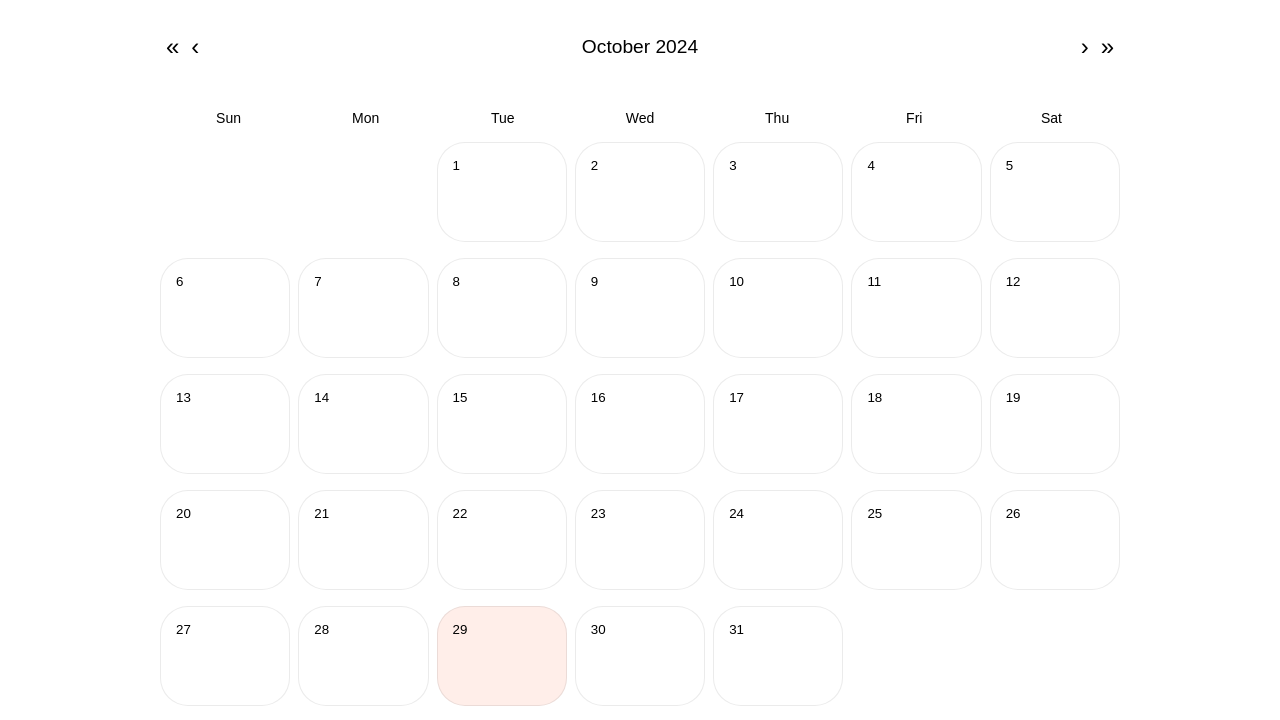
Repository: prgrms-fe-devcourse/NFE1-1-3-MOODI
Page: /
An editor plug-in stored every save of this project. The page is shown before and after the next save, followed by the edit.
The browser window is 1280 px wide. The pictures show the whole page.
The page's requests for data from a server got no answer. Some web fonts or font styles are not loaded; a fallback is used. The project was rebuilt for these pictures with package versions that can differ from the ones it lists, and the page was loaded fresh each time. No one was signed in, and anything a server would have sent is missing. Also part of the build but not shown: webpack.config.js.

Above is the page before, as saved 2024-10-29 14:42:20.

After the next save:
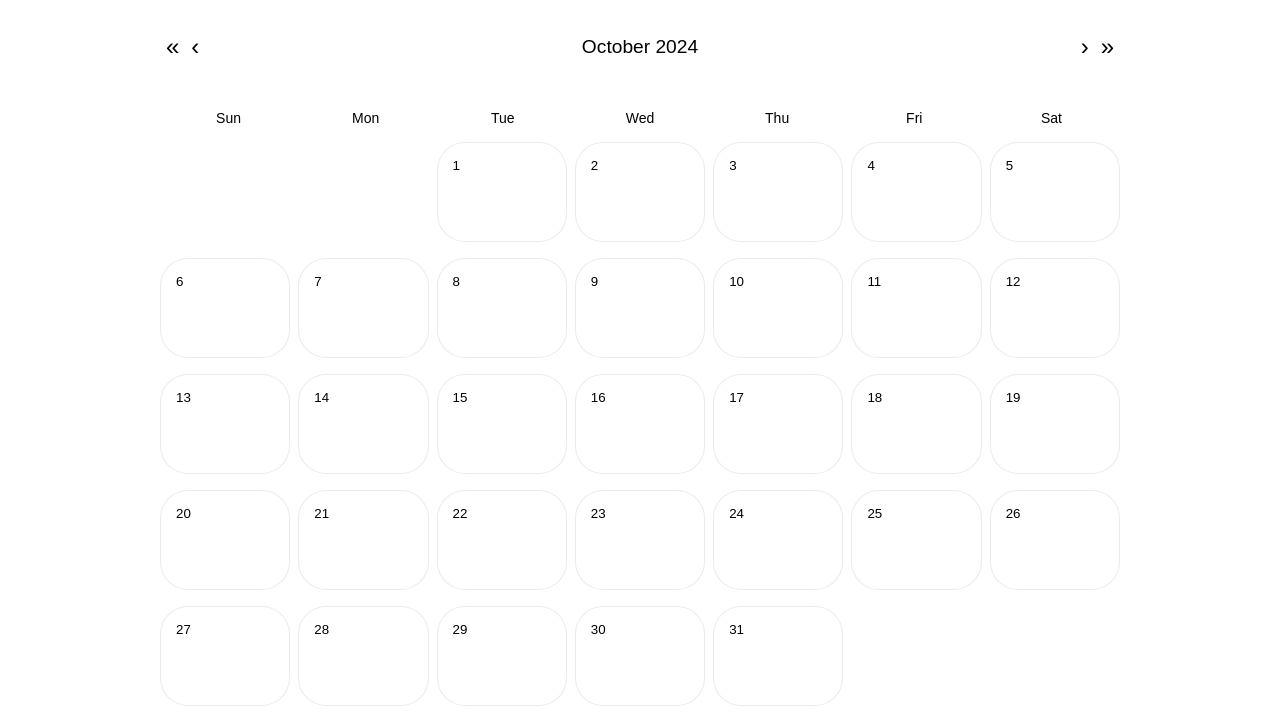
Saved 29 s later.
--- a/src/features/calendar/calendar-ui/calendarUiCss.ts
+++ b/src/features/calendar/calendar-ui/calendarUiCss.ts
@@ -111,13 +111,6 @@ export const StyledCalendar = styled(Calendar).attrs({
             }
         }
     }
-
-    //오늘날짜아이템
-    .react-calendar__tile--now {
-        background-color: #ffeee9;
-        border: 1px solid #ff480e;
-        color: black;
-    }
 `;
 
 interface DateInnerContentProps {

After the save that followed:
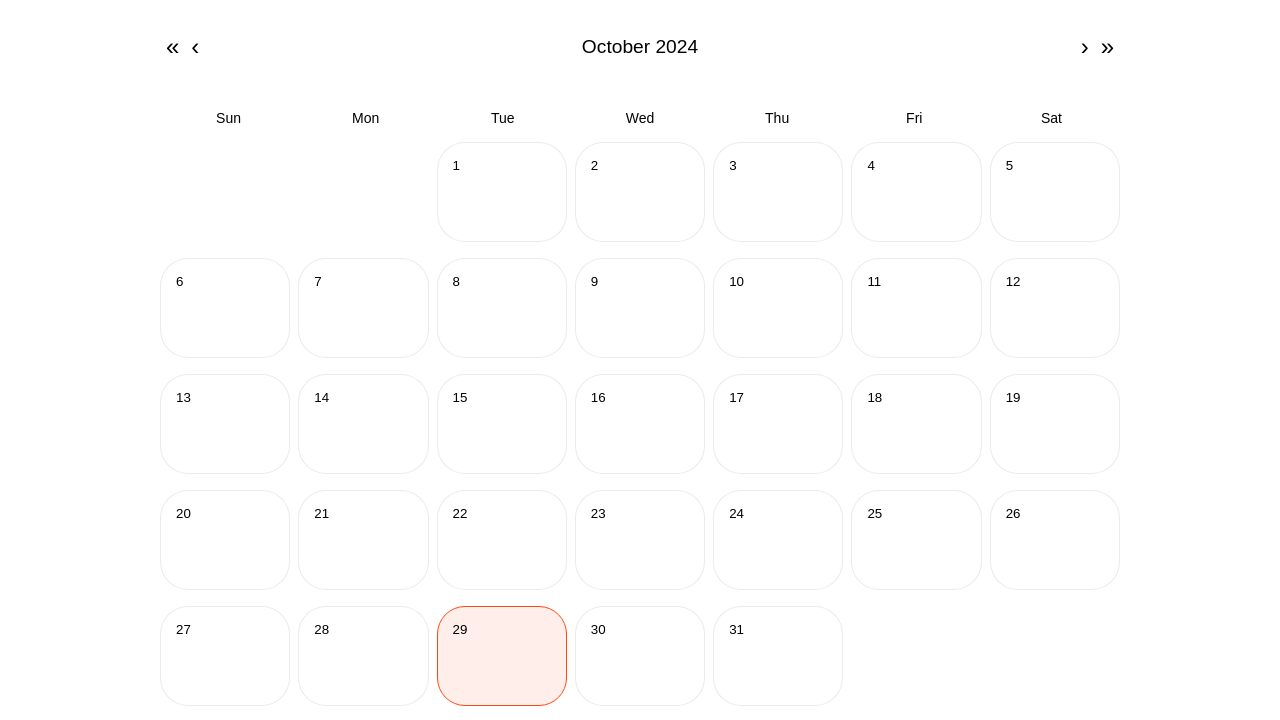
Saved 5 s later.
--- a/src/features/calendar/calendar-ui/calendarUiCss.ts
+++ b/src/features/calendar/calendar-ui/calendarUiCss.ts
@@ -97,6 +97,12 @@ export const StyledCalendar = styled(Calendar).attrs({
             visibility: hidden !important;
             pointer-events: none !important;
         }
+
+        .react-calendar__tile--now {
+            background-color: #ffeee9;
+            border: 1px solid #ff480e;
+            color: black;
+        }
     }
 
     //요일박스
